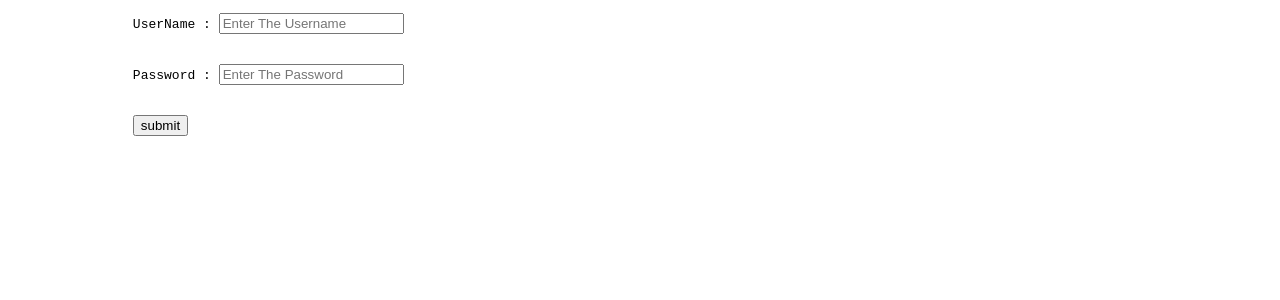
Repository: pankajpasalkar9547/Backup
Page: HealthInsuranceProjects/Login.html
The author's editor kept a copy of each file at every save. The page is drawn from the files as they stood at one save, then again after the next save.
The browser window is 1280 px wide. The pictures show the whole page.

Above is the page before, as saved 2019-12-05 06:50:05.

After the next save:
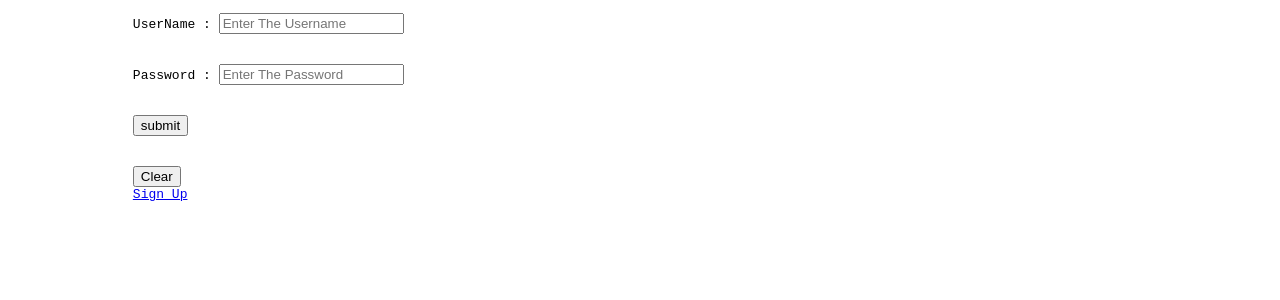
Saved 71 s later.
--- a/HealthInsuranceProjects/Login.html
+++ b/HealthInsuranceProjects/Login.html
@@ -9,7 +9,9 @@
 	<pre>
 		UserName : <input type="text" placeholder="Enter The Username" name="username"/><br><br>
 		Password : <input type="password" placeholder="Enter The Password" name="password"/><br><br>
-		<input type="submit" value="submit">
+		<input type="submit" value="submit"><br><br>
+		<input type="reset" value="Clear">
+		<a href="userRegister.jsp">Sign Up</a>
 	</pre>
 	</form>
 </body>
